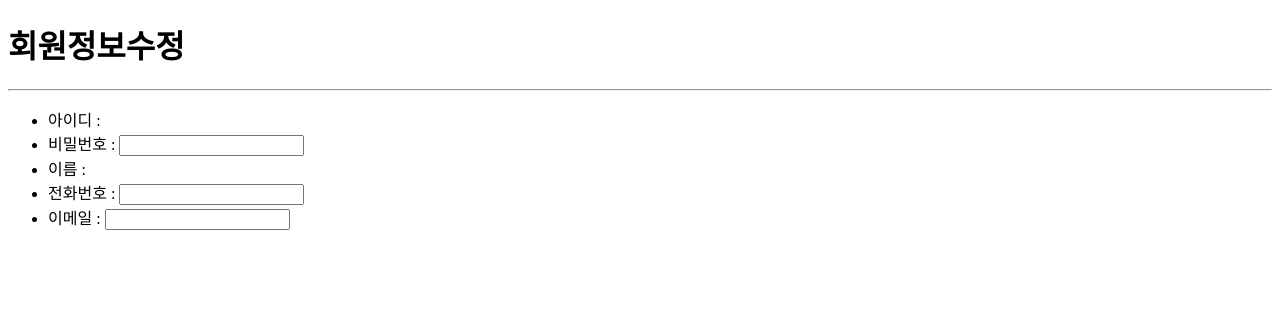
Repository: bbookk1104/spring-workspace
Page: http://localhost/02_SpringMVC_CRUD/mypage.do
The author's editor kept a copy of each file at every save. The page is drawn from the files as they stood at one save, then again after the next save.
The browser window is 1280 px wide. The pictures show the whole page.
The page is served by Tomcat 9.

Above is the page before, as saved 2022-09-30 06:11:38.

After the next save:
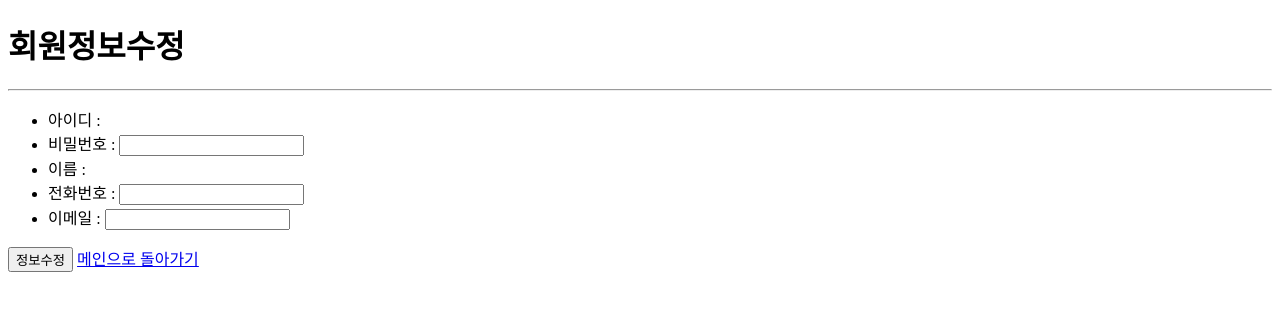
Saved 45 s later.
--- a/02_SpringMVC_CRUD/src/main/webapp/WEB-INF/views/member/mypage.jsp
+++ b/02_SpringMVC_CRUD/src/main/webapp/WEB-INF/views/member/mypage.jsp
@@ -17,6 +17,8 @@
 			<li>전화번호 : <input type="text" name="phone"></li>
 			<li>이메일 : <input type="text" name="email"></li>
 		</ul>
+		<input type="submit" value="정보수정">
+		<a href="/">메인으로 돌아가기</a>
 	</form>
 </body>
 </html>
